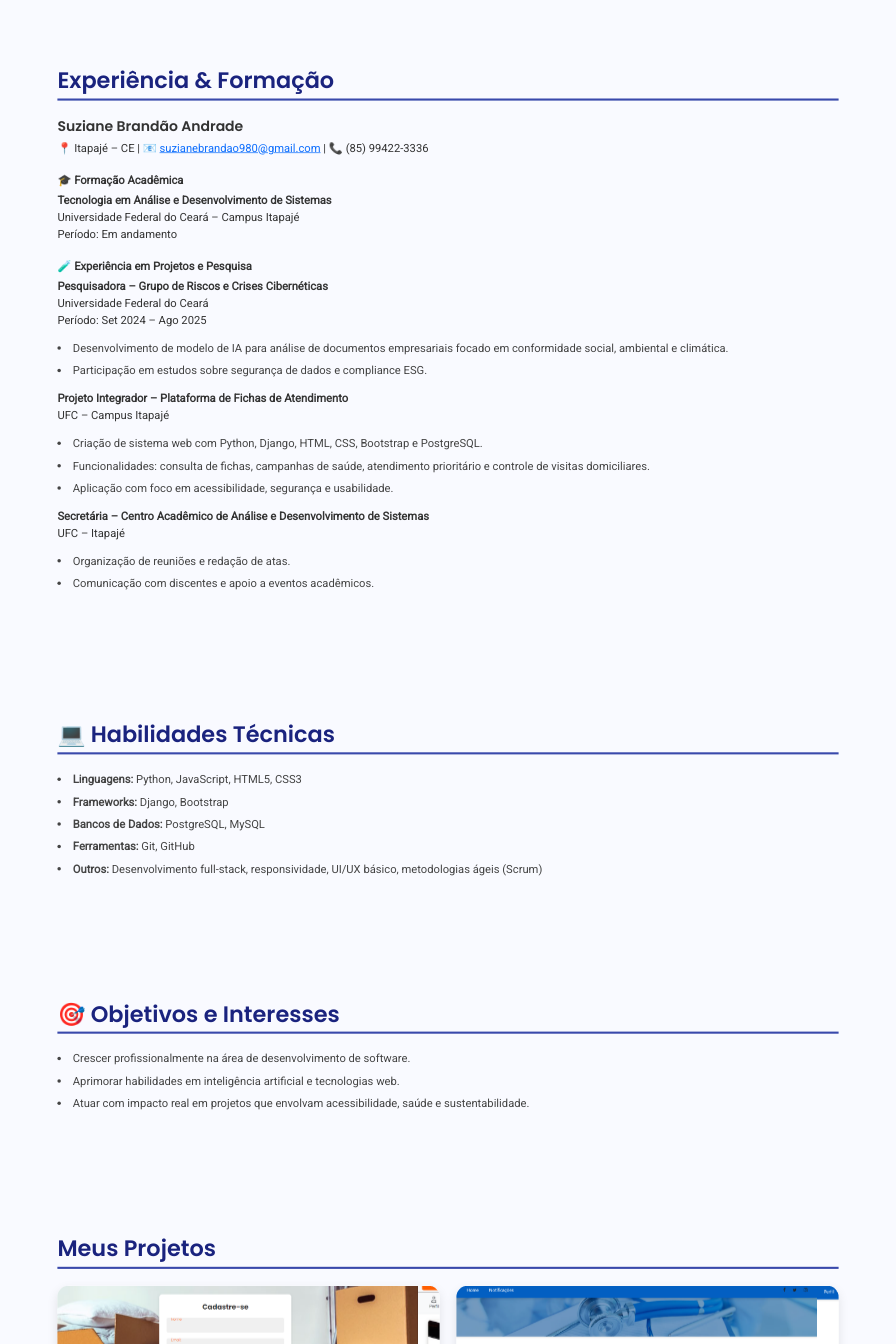
Repository: Suziane90/Portifolio
Page: index2.html
The author's editor kept a copy of each file at every save. The page is drawn from the files as they stood at one save, then again after the next save.
The browser window is 1280 px wide. The pictures show the part of the page from y = 574 to 2494 px (the page is 3303 px tall before and 3356 px after), at 70% of full size.

Above is the page before, as saved 2025-07-24 11:04:27.

### index2.html
<!DOCTYPE html>
<html lang="pt-br">

<head>
  <meta charset="UTF-8" />
  <meta name="viewport" content="width=device-width, initial-scale=1" />
  <title>Portfólio | Anne Wan</title>

  <!-- Bootstrap CSS -->
  <link href="https://cdn.jsdelivr.net/npm/bootstrap@5.3.0/dist/css/bootstrap.min.css" rel="stylesheet" />

  <!-- Google Fonts: Poppins e Roboto -->
  <link href="https://fonts.googleapis.com/css2?family=Poppins:wght@300;600&family=Roboto&display=swap" rel="stylesheet" />

  <style>
    /* Reset e fontes */
    body {
      font-family: 'Roboto', sans-serif;
      background: #f9faff;
      scroll-behavior: smooth;
      color: #333;
    }

    h1,
    h2,
    h3,
    h4,
    h5 {
      font-family: 'Poppins', sans-serif;
    }

    /* Navbar personalizada */
    .navbar-custom {
      background: #1a237e; /* azul escuro */
      box-shadow: 0 4px 12px rgb(26 35 126 / 0.3);
    }

    .navbar-custom .navbar-brand,
    .navbar-custom .nav-link {
      color: #ffffff;
      font-weight: 600;
    }

    .navbar-custom .nav-link:hover {
      color: #ffca28; /* amarelo suave */
    }

    /* Header */
    header {
      background: linear-gradient(135deg, #3949ab, #1a237e);
      color: #fff;
      padding: 6rem 1rem 4rem;
      text-align: center;
      box-shadow: 0 8px 25px rgb(26 35 126 / 0.4);
    }

    header h1 {
      font-size: 3.5rem;
      font-weight: 700;
      margin-bottom: 0.3rem;
    }

    header p {
      font-size: 1.25rem;
      font-weight: 400;
      letter-spacing: 1px;
      opacity: 0.85;
    }

    /* Seções */
    section {
      padding: 3rem 0 4rem;
    }

    section h2 {
      font-weight: 700;
      margin-bottom: 1.5rem;
      border-bottom: 3px solid #3949ab;
      padding-bottom: 0.4rem;
      color: #1a237e;
    }

    /* Cards dos projetos */
    .card {
      border-radius: 1rem;
      box-shadow: 0 6px 15px rgb(0 0 0 / 0.1);
      transition: transform 0.3s ease, box-shadow 0.3s ease;
      overflow: hidden;
    }

    .card:hover {
      transform: translateY(-10px);
      box-shadow: 0 15px 30px rgb(0 0 0 / 0.15);
    }

    .card-body h5 {
      font-weight: 700;
      color: #1a237e;
    }

    .card-body p {
      color: #555;
      line-height: 1.4;
    }

    .btn-primary {
      background-color: #3949ab;
      border: none;
      font-weight: 600;
      padding: 0.5rem 1.6rem;
      border-radius: 50px;
      transition: background-color 0.3s ease;
    }

    .btn-primary:hover {
      background-color: #1a237e;
    }

    /* Carousel */
    .carousel-inner img {
      border-bottom-left-radius: 1rem;
      border-bottom-right-radius: 1rem;
      height: 250px;
      object-fit: cover;
      user-select: none;
    }

    /* Listas e textos */
    ul {
      list-style: disc inside;
      padding-left: 0;
      color: #444;
    }

    ul li {
      margin-bottom: 0.5rem;
      font-size: 1rem;
    }

    /* Footer */
    footer {
      background-color: #1a237e;
      color: #eee;
      padding: 1rem 0;
      text-align: center;
      font-size: 0.9rem;
      letter-spacing: 1px;
    }

    /* Espaçamento entre seções no mobile */
    @media (max-width: 767px) {
      header h1 {
        font-size: 2.5rem;
      }

      header p {
        font-size: 1rem;
      }

      .carousel-inner img {
        height: 200px;
      }
    }
  </style>
</head>

<body>

  <!-- Navbar -->
  <nav class="navbar navbar-expand-md navbar-custom fixed-top shadow-sm">
    <div class="container">
      <a class="navbar-brand" href="#">Anne Wan</a>
      <button class="navbar-toggler" type="button" data-bs-toggle="collapse" data-bs-target="#navMenu" aria-controls="navMenu"
        aria-expanded="false" aria-label="Alternar navegação">
        <span class="navbar-toggler-icon" style="filter: invert(1);"></span>
      </button>
      <div class="collapse navbar-collapse" id="navMenu">
        <ul class="navbar-nav ms-auto gap-3">
          <li class="nav-item"><a class="nav-link" href="#sobre">Sobre</a></li>
          <li class="nav-item"><a class="nav-link" href="#experiencia">Experiência</a></li>
          <li class="nav-item"><a class="nav-link" href="#habilidades">Habilidades</a></li>
          <li class="nav-item"><a class="nav-link" href="#objetivos">Objetivos</a></li>
          <li class="nav-item"><a class="nav-link" href="#projetos">Projetos</a></li>
          <li class="nav-item"><a class="nav-link" href="#contato">Contato</a></li>
        </ul>
      </div>
    </div>
  </nav>

  <!-- Header -->
  <header>
    <div class="container">
      <h1>Anne Wan</h1>
      <p>Desenvolvedora Web | Estudante de ADS</p>
    </div>
  </header>

  <main class="container my-5">

    <!-- Sobre Mim -->
    <section id="sobre" class="mb-5">
      <h2>Sobre Mim</h2>
      <p>
        Sou estudante de Análise e Desenvolvimento de Sistemas, dedicada e sempre em busca de aprimoramento contínuo. Tenho uma forte base em desenvolvimento web full-stack, e gosto de encarar desafios com seriedade e criatividade.
      </p>
    </section>

    <!-- Experiência & Formação -->
    <section id="experiencia" class="mb-5">
      <h2>Experiência & Formação</h2>

      <div class="mb-4">
        <h5><strong>Suziane Brandão Andrade</strong></h5>
        <p>📍 Itapajé – CE | 📧 <a href="mailto:suzianebrandao980@gmail.com" class="link-primary">suzianebrandao980@gmail.com</a> | 📞 (85) 99422-3336</p>
      </div>

      <div class="mb-4">
        <h6><strong>🎓 Formação Acadêmica</strong></h6>
        <p><strong>Tecnologia em Análise e Desenvolvimento de Sistemas</strong><br />
          Universidade Federal do Ceará – Campus Itapajé<br />
          Período: Em andamento
        </p>
      </div>

      <div class="mb-4">
        <h6><strong>🧪 Experiência em Projetos e Pesquisa</strong></h6>
        <p><strong>Pesquisadora – Grupo de Riscos e Crises Cibernéticas</strong><br />
          Universidade Federal do Ceará<br />
          Período: Set 2024 – Ago 2025</p>
        <ul>
          <li>Desenvolvimento de modelo de IA para análise de documentos empresariais focado em conformidade social, ambiental e climática.</li>
          <li>Participação em estudos sobre segurança de dados e compliance ESG.</li>
        </ul>

        <p><strong>Projeto Integrador – Plataforma de Fichas de Atendimento</strong><br />
          UFC – Campus Itapajé</p>
        <ul>
          <li>Criação de sistema web com Python, Django, HTML, CSS, Bootstrap e PostgreSQL.</li>
          <li>Funcionalidades: consulta de fichas, campanhas de saúde, atendimento prioritário e controle de visitas domiciliares.</li>
          <li>Aplicação com foco em acessibilidade, segurança e usabilidade.</li>
        </ul>

        <p><strong>Secretária – Centro Acadêmico de Análise e Desenvolvimento de Sistemas</strong><br />
          UFC – Itapajé</p>
        <ul>
          <li>Organização de reuniões e redação de atas.</li>
          <li>Comunicação com discentes e apoio a eventos acadêmicos.</li>
        </ul>
      </div>
    </section>

    <!-- Habilidades Técnicas -->
    <section id="habilidades" class="mb-5">
      <h2>💻 Habilidades Técnicas</h2>
      <ul>
        <li><strong>Linguagens:</strong> Python, JavaScript, HTML5, CSS3</li>
        <li><strong>Frameworks:</strong> Django, Bootstrap</li>
        <li><strong>Bancos de Dados:</strong> PostgreSQL, MySQL</li>
        <li><strong>Ferramentas:</strong> Git, GitHub</li>
        <li><strong>Outros:</strong> Desenvolvimento full-stack, responsividade, UI/UX básico, metodologias ágeis (Scrum)</li>
      </ul>
    </section>

    <!-- Objetivos e Interesses -->
    <section id="objetivos" class="mb-5">
      <h2>🎯 Objetivos e Interesses</h2>
      <ul>
        <li>Crescer profissionalmente na área de desenvolvimento de software.</li>
        <li>Aprimorar habilidades em inteligência artificial e tecnologias web.</li>
        <li>Atuar com impacto real em projetos que envolvam acessibilidade, saúde e sustentabilidade.</li>
      </ul>
    </section>

    <!-- Projetos -->
    <section id="projetos" class="mb-5">
      <h2>Meus Projetos</h2>

      <div class="row gy-4">

        <!-- Projeto InovaHabitat -->
        <div class="col-md-6">
          <div class="card h-100 border-0">
            <div id="carouselInova" class="carousel slide rounded-top" data-bs-ride="carousel">
              <div class="carousel-inner">
                <div class="carousel-item active">
                  <img src="assets/Inova3.png" class="d-block w-100" alt="InovaHabitat imagem 1" />
                </div>
                <div class="carousel-item">
                  <img src="assets/inova2.png" class="d-block w-100" alt="InovaHabitat imagem 2" />
                </div>
                <div class="carousel-item">
                  <img src="assets/Inova6.png" class="d-block w-100" alt="InovaHabitat imagem 3" />
                </div>
              </div>
              <button
                class="carousel-control-prev"
                type="button"
                data-bs-target="#carouselInova"
                data-bs-slide="prev"
              >
                <span class="carousel-control-prev-icon" aria-hidden="true"></span>
                <span class="visually-hidden">Anterior</span>
              </button>
              <button
                class="carousel-control-next"
                type="button"
                data-bs-target="#carouselInova"
                data-bs-slide="next"
              >
                <span class="carousel-control-next-icon" aria-hidden="true"></span>
                <span class="visually-hidden">Próximo</span>
              </button>
            </div>
            <div class="card-body">
              <h5 class="card-title">📦 Projeto InovaHabitat</h5>
              <p class="card-text">
                Plataforma de anúncios para universitários. Funcionalidades de login, cadastro, CRUD de produtos e mais.
              </p>
              <a href="https://github.com/seuusuario/inova-habitat" target="_blank" class="btn btn-primary"
                >Ver no GitHub</a
              >
            </div>
          </div>
        </div>

        <!-- Projeto AgendMed -->
        <div class="col-md-6">
          <div class="card h-100 border-0">
            <div id="carouselAgendMed" class="carousel slide rounded-top" data-bs-ride="carousel">
              <div class="carousel-inner">
                <div class="carousel-item active">
                  <img src="assets/Agend2.png" class="d-block w-100" alt="AgendMed imagem 1" />
                </div>
                <div class="carousel-item">
                  <img src="assets/Agend3.png" class="d-block w-100" alt="AgendMed imagem 2" />
                </div>
                <div class="carousel-item">
                  <img src="assets/Agend4.png" class="d-block w-100" alt="AgendMed imagem 3" />
                </div>
              </div>
              <button
                class="carousel-control-prev"
                type="button"
                data-bs-target="#carouselAgendMed"
                data-bs-slide="prev"
              >
                <span class="carousel-control-prev-icon" aria-hidden="true"></span>
                <span class="visually-hidden">Anterior</span>
              </button>
              <button
                class="carousel-control-next"
                type="button"
                data-bs-target="#carouselAgendMed"
                data-bs-slide="next"
              >
                <span class="carousel-control-next-icon" aria-hidden="true"></span>
                <span class="visually-hidden">Próximo</span>
              </button>
            </div>
            <div class="card-body">
              <h5 class="card-title">📅 AgendMed</h5>
              <p class="card-text">
                Sistema para agendamento médico online, com controle de pacientes, consultas e notificações.
              </p>
              <a href="https://github.com/seuusuario/agendmed" target="_blank" class="btn btn-primary"
                >Ver no GitHub</a
              >
            </div>
          </div>
        </div>

      </div>
    </section>

    <!-- Contato -->
    <section id="contato" class="mb-5">
      <h2>Contato</h2>
      <p>Email: <a href="mailto:annewan@email.com" class="link-primary">annewan@email.com</a></p>
      <p>
        <a href="https://github.com/seuusuario" target="_blank" class="me-3 link-primary">GitHub</a>
        <a href="https://linkedin.com/in/seulinkedin" target="_blank" class="link-primary">LinkedIn</a>
      </p>
    </section>

  </main>

  <footer>
    <small>© 2025 Anne Wan</small>
  </footer>

  <!-- Bootstrap JS Bundle -->
  <script src="https://cdn.jsdelivr.net/npm/bootstrap@5.3.0/dist/js/bootstrap.bundle.min.js"></script>

</body>

</html>

After the next save:
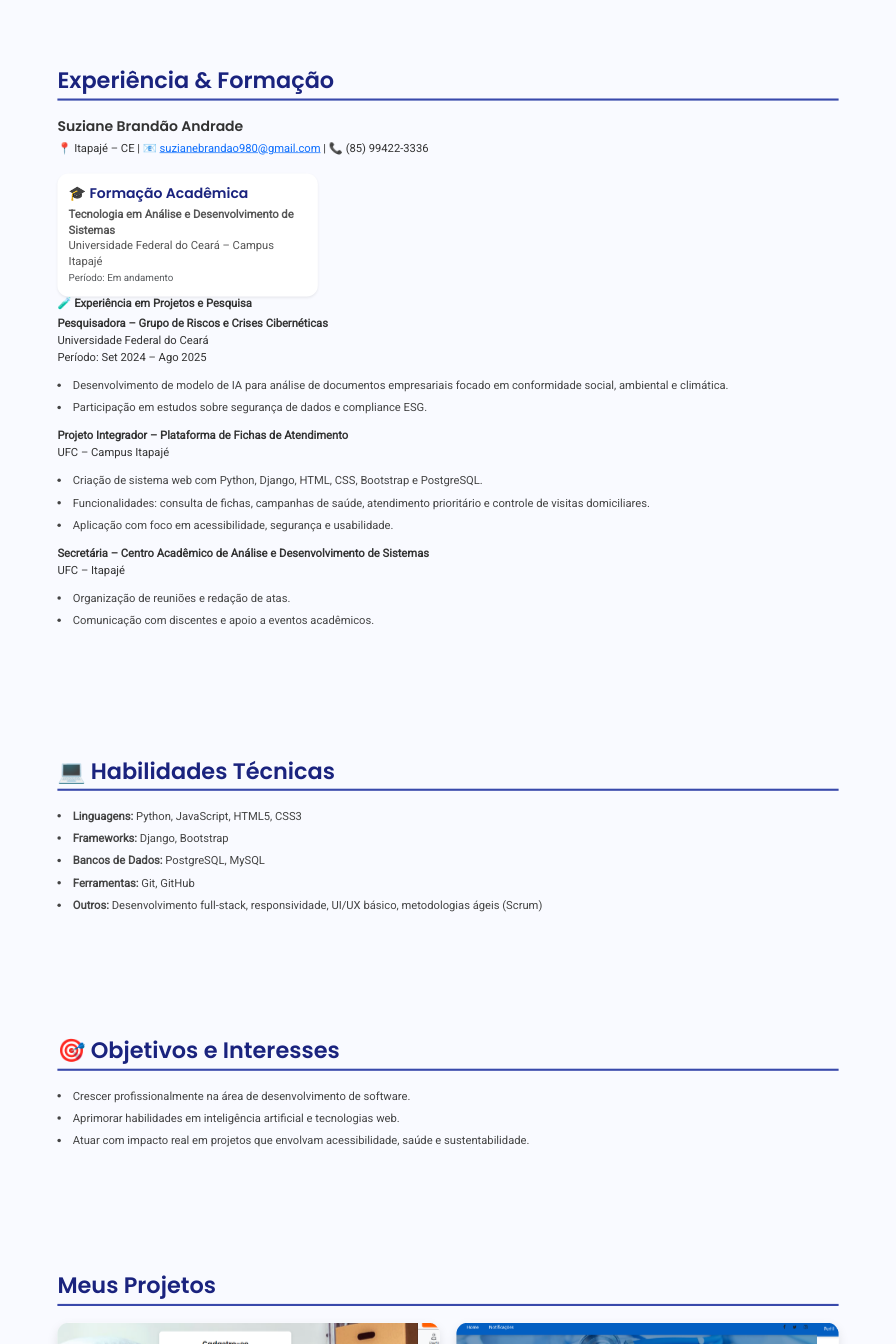
Saved 36 s later.
--- a/index2.html
+++ b/index2.html
@@ -214,13 +214,16 @@
         <p>📍 Itapajé – CE | 📧 <a href="mailto:suzianebrandao980@gmail.com" class="link-primary">suzianebrandao980@gmail.com</a> | 📞 (85) 99422-3336</p>
       </div>
 
-      <div class="mb-4">
-        <h6><strong>🎓 Formação Acadêmica</strong></h6>
-        <p><strong>Tecnologia em Análise e Desenvolvimento de Sistemas</strong><br />
-          Universidade Federal do Ceará – Campus Itapajé<br />
-          Período: Em andamento
-        </p>
-      </div>
+      <div class="col-md-4">
+      <div class="card shadow-sm h-100 border-0">
+        <div class="card-body">
+          <h5 class="card-title fw-bold">🎓 Formação Acadêmica</h5>
+          <p class="card-text mb-0"><strong>Tecnologia em Análise e Desenvolvimento de Sistemas</strong></p>
+          <p class="card-text mb-0">Universidade Federal do Ceará – Campus Itapajé</p>
+          <p class="card-text"><small class="text-muted">Período: Em andamento</small></p>
+        </div>
+      </div>
+    </div>
 
       <div class="mb-4">
         <h6><strong>🧪 Experiência em Projetos e Pesquisa</strong></h6>
